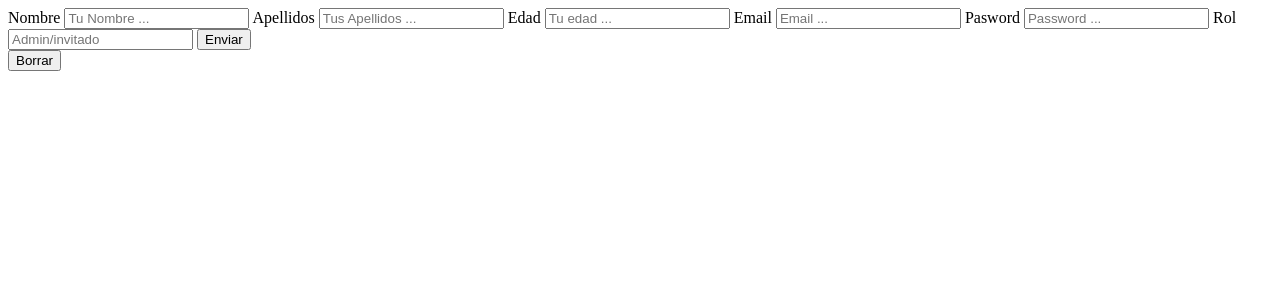
Repository: nachmz42/ProyectoJoker
Page: http://localhost/Joker/añadirusuario.jsp
An editor plug-in stored every save of this project. The page is shown before and after the next save, followed by the edit.
The browser window is 1280 px wide. The pictures show the whole page.
The page is served by Tomcat 9. Other server files are loaded and not shown.

Above is the page before, as saved 2021-07-01 14:35:15.

### Joker/src/main/webapp/añadirusuario.jsp
<%@ page language="java" contentType="text/html; charset=ISO-8859-1"
    pageEncoding="ISO-8859-1"%>
<!DOCTYPE html>
<html>
<head>
<meta charset="ISO-8859-1">
<title>Insert title here</title>
</head>
<body>

<div>
  <form action="/Joker/ServletAltausuario" method="post">
    <label for="nombre">Nombre</label>
    <input type="text" id="nombre" name="nombre" placeholder="Tu Nombre ...">

    <label for="apellidos">Apellidos</label>
    <input type="text" id="apellidos" name="apellidos" placeholder="Tus Apellidos ...">

    <label for="edad">Edad</label>
    <input type="text" id="edad" name="edad" placeholder="Tu edad ...">

    <label for="email">Email</label>
    <input type="email" id="email" name="email" placeholder="Email ...">

    <label for="password">Pasword</label>
    <input type="text" id="password" name="password" placeholder="Password ...">

    <label for="rol">Rol</label>
    <input type="text" id="rol" name="rol" placeholder="Admin/invitado">

    <input type="submit" value="Enviar"><br>
    <input type="reset" value="Borrar"><br>
  </form>
</div>

</body>
</html>

After the next save:
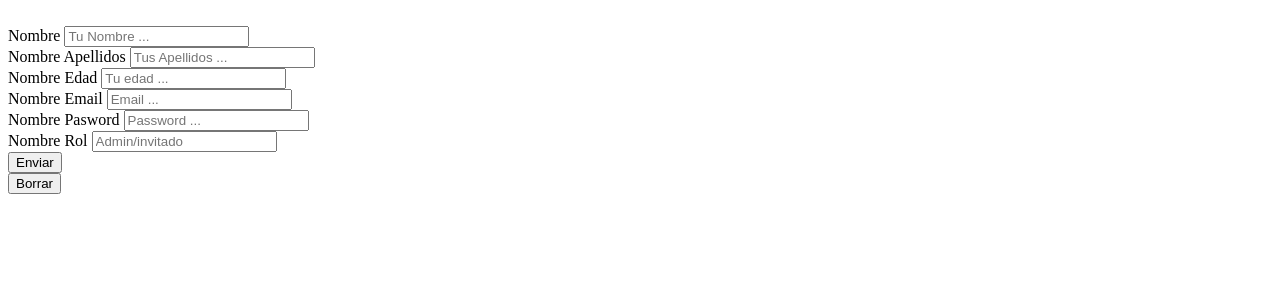
Saved 3 min 13 s later.
--- a/Joker/src/main/webapp/añadirusuario.jsp
+++ b/Joker/src/main/webapp/añadirusuario.jsp
@@ -9,24 +9,30 @@
 <body>
 
 <div>
-  <form action="/Joker/ServletAltausuario" method="post">
+  <form action="/Joker/ServletAltausuario" method="post"><br>
     <label for="nombre">Nombre</label>
-    <input type="text" id="nombre" name="nombre" placeholder="Tu Nombre ...">
+    <input type="text" id="nombre" name="nombre" placeholder="Tu Nombre ..."><br>
+    <label for="nombre">Nombre</label>
 
     <label for="apellidos">Apellidos</label>
-    <input type="text" id="apellidos" name="apellidos" placeholder="Tus Apellidos ...">
+    <input type="text" id="apellidos" name="apellidos" placeholder="Tus Apellidos ..."><br>
+    <label for="nombre">Nombre</label>
 
     <label for="edad">Edad</label>
-    <input type="text" id="edad" name="edad" placeholder="Tu edad ...">
+    <input type="text" id="edad" name="edad" placeholder="Tu edad ..."><br>
+    <label for="nombre">Nombre</label>
 
     <label for="email">Email</label>
-    <input type="email" id="email" name="email" placeholder="Email ...">
+    <input type="email" id="email" name="email" placeholder="Email ..."><br>
+    <label for="nombre">Nombre</label>
 
     <label for="password">Pasword</label>
-    <input type="text" id="password" name="password" placeholder="Password ...">
+    <input type="text" id="password" name="password" placeholder="Password ...">  <br>
+    <label for="nombre">Nombre</label>
 
     <label for="rol">Rol</label>
-    <input type="text" id="rol" name="rol" placeholder="Admin/invitado">
+    <input type="text" id="rol" name="rol" placeholder="Admin/invitado">  <br>
+
 
     <input type="submit" value="Enviar"><br>
     <input type="reset" value="Borrar"><br>
